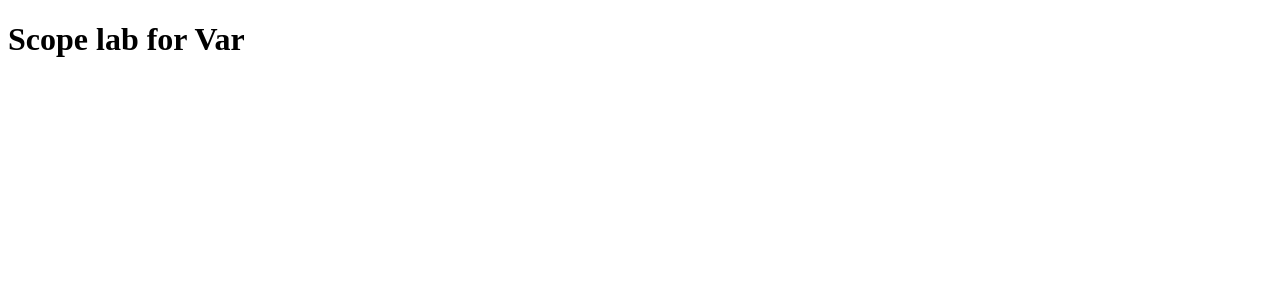
Repository: alvinbuye-256/Javascript
Page: SampleFolder/Scope/scope_lab.html
These files come from the project's save history. The page is drawn as it stood at one moment and after the next save; the edit follows.
The browser window is 1280 px wide. The pictures show the whole page.

Above is the page before, as saved 2025-05-07 11:08:56.

After the next save:
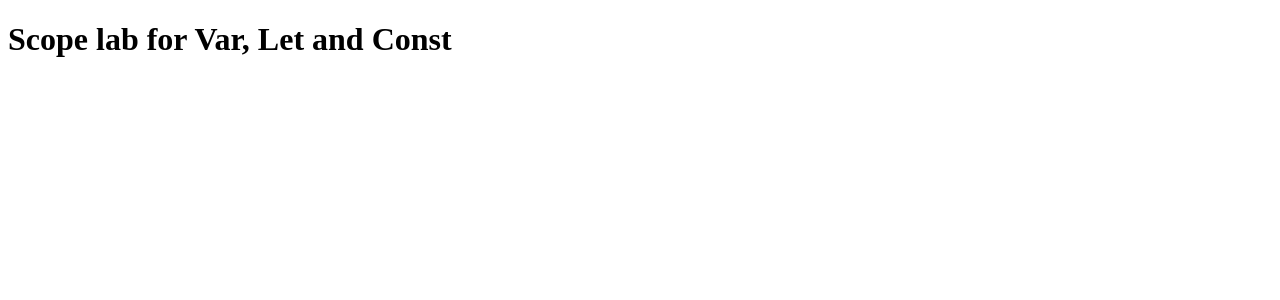
Saved 7 s later.
--- a/SampleFolder/Scope/scope_lab.html
+++ b/SampleFolder/Scope/scope_lab.html
@@ -7,6 +7,6 @@
 
     </head>
     <body>
-        <h1>Scope lab for Var</h1>
+        <h1>Scope lab for Var, Let and Const</h1>
     </body>
 </html>
